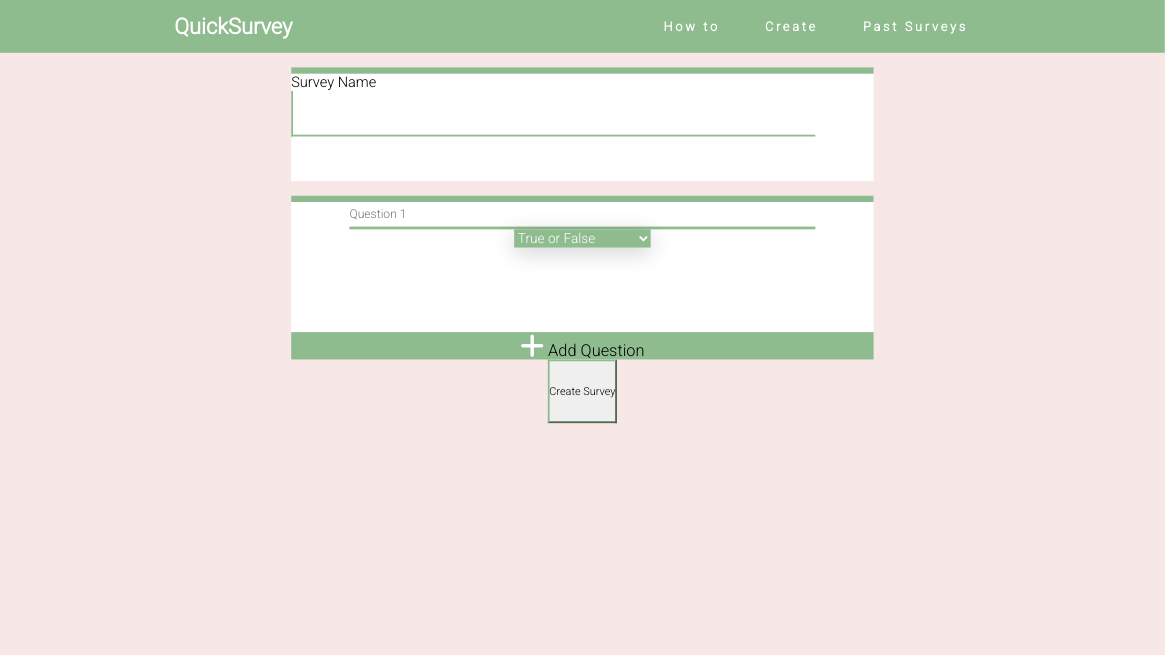
Repository: cakuang1/QuickSurvey
Page: create.html
An editor plug-in stored every save of this project. The page is shown before and after a run of saves, followed by the edit.
The browser window is 1280 px wide. The pictures show the whole page, at 91% of full size.
Some web libraries are served in a nearby version.

Above is the page before, as saved 2022-01-09 14:20:13.

### create.html
<!DOCTYPE html>
<html>
<head>
    <title>QuickSurvey</title>
    <link href="https://fonts.googleapis.com/css2?family=Roboto:wght@300&display=swap" rel="stylesheet">
    <meta charset="UTF-8">
    <link rel="stylesheet" href="style.css">

    <script src="https://kit.fontawesome.com/71865f0e2e.js" crossorigin="anonymous"></script>


</head>

<body>
        <nav class="navbar">
            <div class = 'heading'>
                <h2 id = "logo">QuickSurvey</h2>
            </div>
            <ul class="nav-menu">
                <li><a href="index.html" >How to</a></li>
                <li><a href="create.html">Create</a></li>
                <li><a href="pastsurveys.html">Past Surveys</a></li>
            </ul>
        </nav>

    </div>
    <div class="namecontainer">
        <label>Survey Name </label>
        <form ><input type="text" id = "testing"Survey name="Name"></form>

    </div>
    <form action="">
        <div class = "formdiv">
            <input type="text" class="inps" placeholder="Question 1">
            <select name="" class="selectors">
                <option value="TF">True or False</option>
                <option value="SR">Short Response</option>


            </select>
        </div>
    </form>
    <div align = "center">

    <button class = "adds"> <i class="fas fa-plus"></i> Add Question</button><br>
    <button class = "creates">Create Survey</button>
    </div>
</body>
<script src="app.js"></script>
</html>

### style.css
* {
    box-sizing: border-box;
    margin: 0;
    padding: 0;
    font-family: 'Roboto', sans-serif;
}
body{
    background-color: #f7e7e7;


}
nav {
    display: flex;
    justify-content: space-around;
    align-items: center;
    min-height: 8vh;
    background-color: darkseagreen;
}

.nav-menu {
    display: flex;
    justify-content: space-around;
    width: 30%;
}


.creates {
    text-align: center;
    max-width: 140px;
    height:70px;

    padding: 0;
    border-color: darkseagreen;
    color: #000;
    font-size: 12px;
}
.nav-menu li {
    list-style: none;
}
.nav-menu a{
    color:white;
    text-decoration: none;
    letter-spacing: 3px;
    font-weight: bold;
    font-size: 14px;
    padding: 14px 16px;

}
.nav-menu li a:hover:not(.active){
    background-color: lightseagreen;
}
.nav-ment li a.active {
    background-color: darkseagreen;
}

.namecontainer {
    background-color: white;
    width: 50%;
    margin: auto;
    margin-top: 1em;
    border-top: 7px solid darkseagreen;
    height: 125px;

}


.namecontainer input {
    width: 90%;
    height: 50px;
    background: transparent;
    border-top: none;
    border-right: none;
    border-left: 2px solid darkseagreen;
    border-bottom: 2px solid darkseagreen;
    font-size: 35px;
    outline: none;
    padding-top: 20px;
    display: inline-block;


}

.adds {
    background-color: darkseagreen;
    border: none;
    width: 50%;
    font-size: 18px;
    padding: ;
}

.adds :hover {
    background-color: rgb(8, 102, 8);
}

h1 {
    text-indent: 10px;
    color:  darkseagreen;
}

.fas {
    color: white;
    font-size: 30px;

}


#home {
    background-color: rgb(176, 226, 176);
}

#logo {
    color: white;
}

#listcontainer {
    padding-top: 100px;
    width: fit-content;
    margin: auto;

}

ol {
    padding-top: 25px;
}

ol li {
    font-size: 50px;
    color: white;

}

.formdiv {
    background-color: white;
    width: 50%;margin: auto; margin-top: 1em;border-top: 7px solid darkseagreen;
    text-align: center;
    height: 150px;
}


.formdiv .inps{
    height: 30px;
    border-bottom: solid darkseagreen;
    border-left: none;
    border-top: none;
    border-right: none;
    width: 80%;
    outline: none;



}




.formdiv select {
    background-color: darkseagreen;
    color: white;
    width: 150px;
    border: none;
    font-size: 15px;
    box-shadow: 0 5px 25px rgba(0, 0, 0, 0.2);
    outline: none;

  }

### app.js
//selectors
let addbutton = document.querySelector(".adds");
const list = document.querySelector("div");
const endbutton =document.querySelector(".creates");
let questionsdivs = document.querySelectorAll(".formdivs")
let array = [];

// creatinig formstruction
const formstructure = document.createElement('select');
const option1 = document.createElement('option');
const option2 = document.createElement('option');
const option3 = document.createElement('option');
option1.innerText = "True or False";
option2.innerText = "Yes or No";
option3.innerText = "Multiple choice";
formstructure.appendChild(option1);
formstructure.appendChild(option2);
formstructure.appendChild(option3);




// creating question container
let newdiv = document.createElement("div");
let linebreak = document.createElement("br");
let linebreak2 = document.createElement("br");
let newform = document.createElement("form");
let inp = document.createElement("input");
inp.setAttribute("placeholder","Question")
let fcopy = formstructure.cloneNode(true);
newdiv.appendChild(newform);
newform.appendChild(inp);
newform.appendChild(fcopy);
newdiv.appendChild(linebreak);
newdiv.appendChild(linebreak2);

newdiv.classList.add("formdiv");


addbutton.addEventListener("click",addanother);

function addanother() {
    let clone = newdiv.cloneNode(true);
    console.log(clone);
    selectedbutton.classList.add("questionsbuttons");
    document.body.appendChild(clone);
    document.body.appendChild(endbutton);
    array.push(newdiv);
    console.log(array);
}



let formselector = document.querySelectorAll('formdiv')

function emptyinput(input) {
    if (inputtxt.value.length == 0)
    {
        return true;
    }
    else {
        return false;

    }
}


endbutton.addEventListener("submit",generateform)


function generateform() {
    if (array.length == 0) {
        alert('no questions dumbo');
        return ;
    }




}

After the next 6 saves:
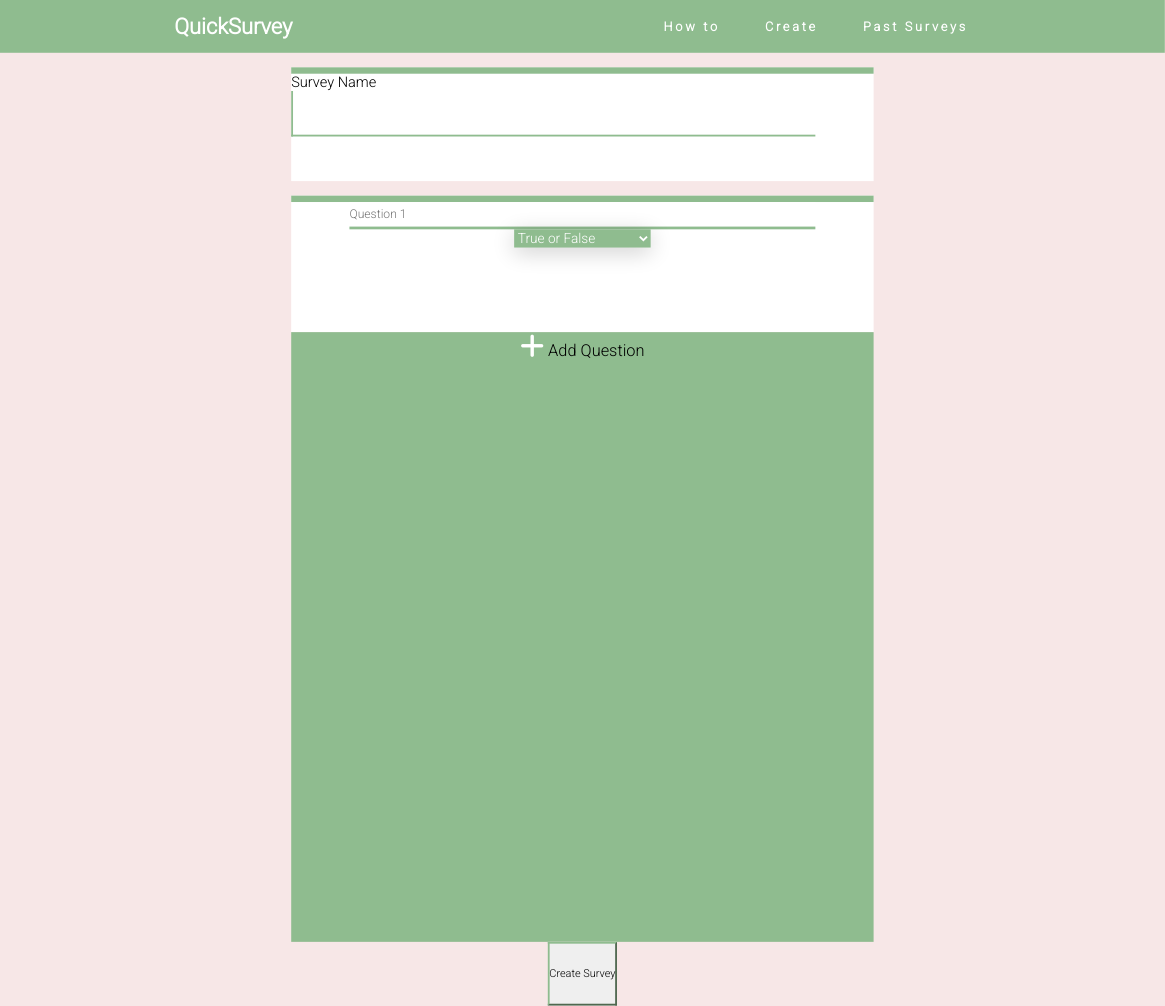
The 6 saves are shown as one change because they came seconds apart.
The last was saved 24 s later.
--- a/style.css
+++ b/style.css
@@ -85,7 +85,7 @@ nav {
     border: none;
     width: 50%;
     font-size: 18px;
-    padding: ;
+    padding-bottom: 50%;
 }
 
 .adds :hover {
